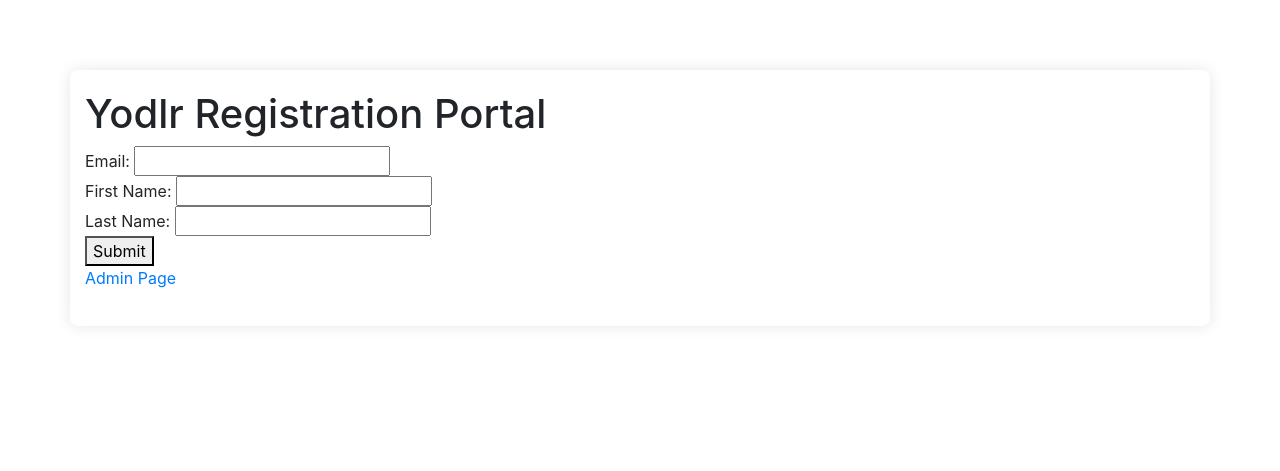
Repository: rmdayberry/yodlr-take-home
Page: public/signup.html
An editor plug-in stored every save of this project. The page is shown before and after the next save, followed by the edit.
The browser window is 1280 px wide. The pictures show the whole page.

Above is the page before, as saved 2024-10-09 08:48:47.

### public/signup.html
<!DOCTYPE html>
<html>
<head>
  <meta charset=utf-8>
  <title>Yodlr Registration Portal</title>
  <link rel="stylesheet" href="css/styles.css" />
  <link rel="stylesheet" href="css/signup.css" />
  <link rel="stylesheet" href="https://stackpath.bootstrapcdn.com/bootstrap/4.5.2/css/bootstrap.min.css" />

  <script src="https://code.jquery.com/jquery-3.6.0.min.js"></script>
    <script>$(document).ready(function() {
      $('form').on('submit', function(e){
        e.preventDefault();
        const email = $('input[name="email"]').val();
        const firstName= $('input[name="firstName"]').val();
        const lastName= $('input[name="lastName"]').val();

        //Post user data to server
        $.ajax({
          type: 'POST',
          url: 'http://localhost:3000/users',
          data: JSON.stringify({email: email, firstName: firstName, lastName: lastName}),
          contentType: 'application/json',
          success: function(response){
            alert('User registered sucessfully: ' + JSON.stringify(response));
            $('form')[0].reset(); //form clear
          },
          error: function(err) {
            alert('Error registering user: ' + err.responseJSON.message);
          }
        });
      });
    });
      </script>
</head>
<body>
  <div class="container">
  <h1>Yodlr Registration Portal</h1>
  <form>
    <div class="form-group">
    Email: <input type="email" name="email" required></br>
    First Name: <input type="text" name="firstName" required></br>
    Last Name: <input type="text" name="lastName" required></br>
    <button type="submit">Submit</button>
  </form>
  <p>
    <a href="/admin.html">Admin Page</a>
  </p>
</div>
</body>
</html>

### public/css/styles.css
@import url("https://fonts.googleapis.com/css2?family=Roboto:wght@400;500;700&display=swap");

body {
  font-family: "Roboto", sans-serif;
  background-color: #f8f9fa;
  padding: 20px;
}

### public/css/signup.css
.container {
  max-width: 500px;
  margin: 50px auto;
  padding: 20px;
  background-color: white;
  border-radius: 8px;
  box-shadow: 0px 0px 15px rgba(0, 0, 0, 0.1);
}

After the next save:
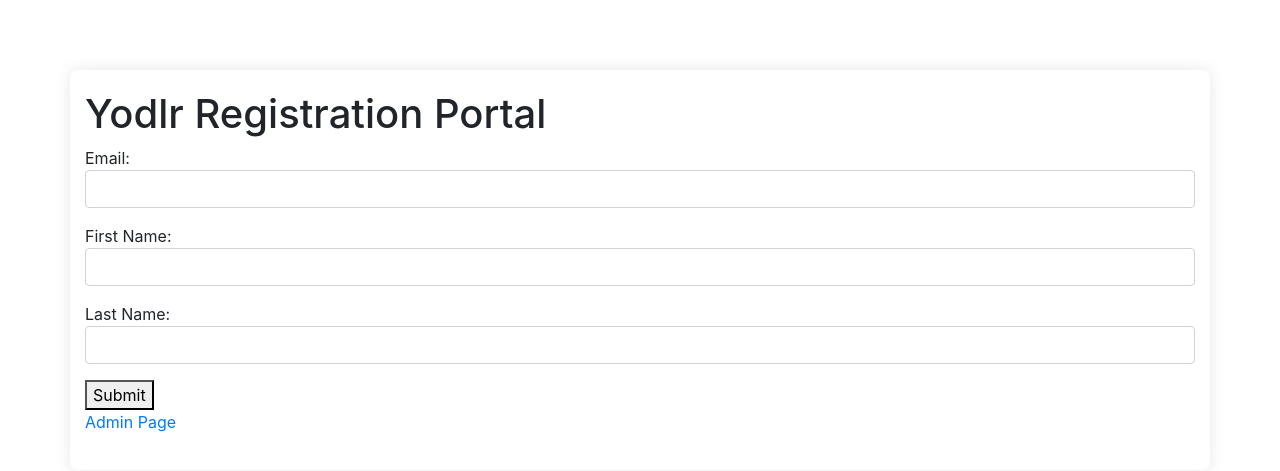
Saved 117 s later.
--- a/public/signup.html
+++ b/public/signup.html
@@ -1,51 +1,67 @@
 <!DOCTYPE html>
 <html>
-<head>
-  <meta charset=utf-8>
-  <title>Yodlr Registration Portal</title>
-  <link rel="stylesheet" href="css/styles.css" />
-  <link rel="stylesheet" href="css/signup.css" />
-  <link rel="stylesheet" href="https://stackpath.bootstrapcdn.com/bootstrap/4.5.2/css/bootstrap.min.css" />
+  <head>
+    <meta charset="utf-8" />
+    <title>Yodlr Registration Portal</title>
+    <link rel="stylesheet" href="css/styles.css" />
+    <link rel="stylesheet" href="css/signup.css" />
+    <link
+      rel="stylesheet"
+      href="https://stackpath.bootstrapcdn.com/bootstrap/4.5.2/css/bootstrap.min.css"
+    />
 
-  <script src="https://code.jquery.com/jquery-3.6.0.min.js"></script>
-    <script>$(document).ready(function() {
-      $('form').on('submit', function(e){
-        e.preventDefault();
-        const email = $('input[name="email"]').val();
-        const firstName= $('input[name="firstName"]').val();
-        const lastName= $('input[name="lastName"]').val();
+    <script src="https://code.jquery.com/jquery-3.6.0.min.js"></script>
+    <script>
+      $(document).ready(function () {
+        $("form").on("submit", function (e) {
+          e.preventDefault();
+          const email = $('input[name="email"]').val();
+          const firstName = $('input[name="firstName"]').val();
+          const lastName = $('input[name="lastName"]').val();
 
-        //Post user data to server
-        $.ajax({
-          type: 'POST',
-          url: 'http://localhost:3000/users',
-          data: JSON.stringify({email: email, firstName: firstName, lastName: lastName}),
-          contentType: 'application/json',
-          success: function(response){
-            alert('User registered sucessfully: ' + JSON.stringify(response));
-            $('form')[0].reset(); //form clear
-          },
-          error: function(err) {
-            alert('Error registering user: ' + err.responseJSON.message);
-          }
+          //Post user data to server
+          $.ajax({
+            type: "POST",
+            url: "http://localhost:3000/users",
+            data: JSON.stringify({
+              email: email,
+              firstName: firstName,
+              lastName: lastName,
+            }),
+            contentType: "application/json",
+            success: function (response) {
+              alert("User registered sucessfully: " + JSON.stringify(response));
+              $("form")[0].reset(); //form clear
+            },
+            error: function (err) {
+              alert("Error registering user: " + err.responseJSON.message);
+            },
+          });
         });
       });
-    });
-      </script>
-</head>
-<body>
-  <div class="container">
-  <h1>Yodlr Registration Portal</h1>
-  <form>
-    <div class="form-group">
-    Email: <input type="email" name="email" required></br>
-    First Name: <input type="text" name="firstName" required></br>
-    Last Name: <input type="text" name="lastName" required></br>
-    <button type="submit">Submit</button>
-  </form>
-  <p>
-    <a href="/admin.html">Admin Page</a>
-  </p>
-</div>
-</body>
+    </script>
+  </head>
+  <body>
+    <div class="container">
+      <h1>Yodlr Registration Portal</h1>
+      <form>
+        <div class="form-group">
+          Email:
+          <input class="form-control" type="email" name="email" required />
+        </div>
+        <div class="form-group">
+          First Name:
+          <input class="form-control" type="text" name="firstName" required />
+        </div>
+        <div class="form-group">
+          Last Name:
+          <input class="form-control" type="text" name="lastName" required />
+        </div>
+        <button type="submit">Submit</button>
+      </form>
+      <p>
+        <a href="/admin.html">Admin Page</a>
+      </p>
+    </div>
+  </body>
 </html>
